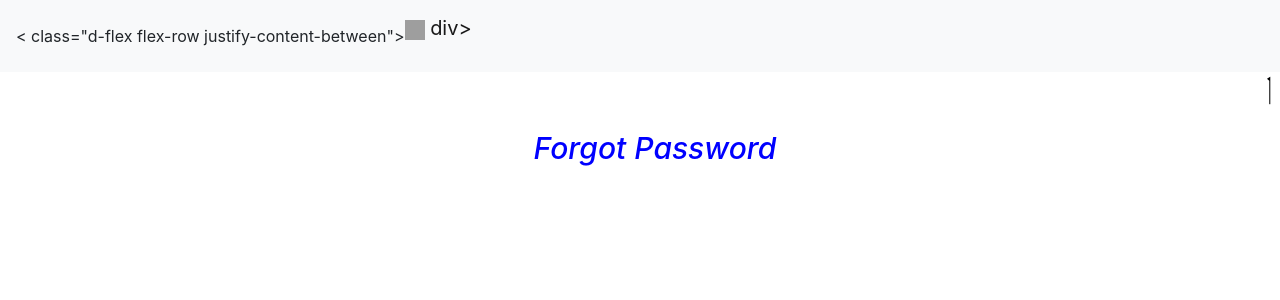
Repository: siri548/Karyakartha
Page: forgotPage.html
An editor plug-in stored every save of this project. The page is shown before and after a run of saves, followed by the edit.
The browser window is 1280 px wide. The pictures show the whole page.
Pictures or frames that could not be fetched are drawn as grey boxes.

Above is the page before, as saved 2023-11-04 15:47:22.
Console error (its wording comes from the project's code and is left out).

### forgotPage.html
<!DOCTYPE html>
<html lang="en">

<head>
    <meta charset="UTF-8">
    <meta name="viewport" content="width=device-width, initial-scale=1.0">
    <link rel="stylesheet" href="https://cdn.jsdelivr.net/npm/bootstrap@4.6.2/dist/css/bootstrap.min.css" integrity="sha384-xOolHFLEh07PJGoPkLv1IbcEPTNtaed2xpHsD9ESMhqIYd0nLMwNLD69Npy4HI+N" crossorigin="anonymous">
    <script src="https://cdn.jsdelivr.net/npm/bootstrap@4.6.2/dist/js/bootstrap.bundle.min.js" integrity="sha384-Fy6S3B9q64WdZWQUiU+q4/2Lc9npb8tCaSX9FK7E8HnRr0Jz8D6OP9dO5Vg3Q9ct" crossorigin="anonymous"></script>
    <script src="https://cdn.jsdelivr.net/npm/jquery@3.5.1/dist/jquery.slim.min.js" integrity="sha384-DfXdz2htPH0lsSSs5nCTpuj/zy4C+OGpamoFVy38MVBnE+IbbVYUew+OrCXaRkfj" crossorigin="anonymous"></script>
    <script src="https://cdn.jsdelivr.net/npm/popper.js@1.16.1/dist/umd/popper.min.js" integrity="sha384-9/reFTGAW83EW2RDu2S0VKaIzap3H66lZH81PoYlFhbGU+6BZp6G7niu735Sk7lN" crossorigin="anonymous"></script>
    <link rel="stylesheet" href="https://cdnjs.cloudflare.com/ajax/libs/font-awesome/6.4.0/css/all.min.css">


    <link rel="stylesheet" text="css/text" href="forgotPage.css">
</head>

<body>
    <div class="bg-forgotPage">
        <nav class="navbar navbar-expand-lg navbar-light bg-light">
            < class="d-flex flex-row justify-content-between">
                <div <a class=" navbar-brand " href="# ">
                    <i class="outer-icon bi bi-search "></i>
                    <img src="D:\icons\trend.png " class="inner-icon " />
                    </a>div>

                    <button class="navbar-toggler " type="button " data-toggle="collapse " data-target="#navbarNavAltMarkup " aria-controls="navbarNavAltMarkup " aria-expanded="false " aria-label="Toggle navigation ">
            <span class="navbar-toggler-icon "></span>
            </button>
                    <div class="collapse navbar-collapse " id="navbarNavAltMarkup ">
                        <div class="navbar-nav ml-auto ">
                            <a class="nav-link active " href="# ">
                                <span class="sr-only "></span>
                            </a>
                            <a class="nav-link " href="# "></a>
                            <a class="nav-link " href="# "></a>
                            <a class="nav-link " href="# "></a>
                        </div>
                    </div>
        </nav>
        <div class="text-center forgotPage-card ">
            <div class="text-right ">
                <i class="forgotPage-closeIcon fal fa-times "></i>
            </div>

            <h1 class="forgotHeading ">Forgot Password</h1>
        </div>
        </div>



</body>

</html>

### forgotPage.css
.bg-forgotpage {
    background-color: lightgrey;
}

.outer-icon {
    color: blue;
    width: 20px;
    height: 20px;
    background-size: cover;
}

.inner-icon {
    color: blue;
    font-size: 20px;
    width: 20px;
    height: 20px;
}

.forgotPage-card {
    background-color: white;
    border-color: blue;
    border-top: 0px;
    border-right-width: 2px;
    border-left-width: 1px;
    border-bottom-width: 1px;
}

.forgotPage-closeIcon {
    color: black;
    font-size: 25px;
    padding-right: 10px;
}

.forgotHeading {
    color: blue;
    font-size: 30px;
    padding-left: 30px;
    padding-top: 20px;
    font-style: italic;
}

After the next 4 saves:
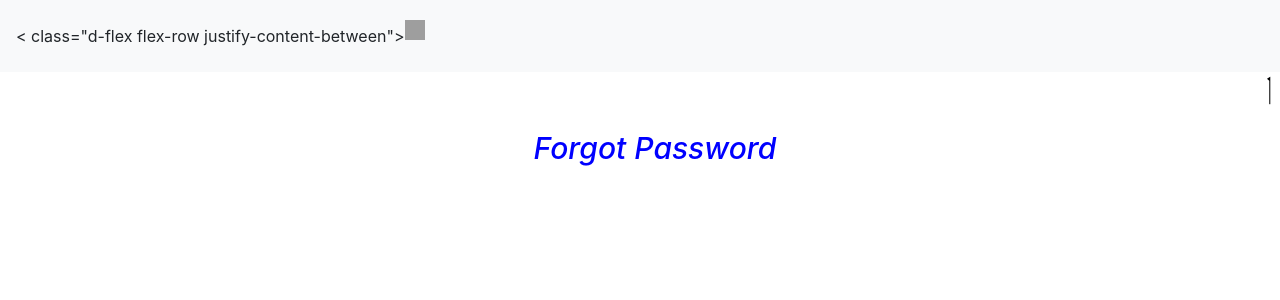
The 4 saves are shown as one change because they came seconds apart.
The last was saved 13 s later.
--- a/forgotPage.html
+++ b/forgotPage.html
@@ -18,10 +18,10 @@
     <div class="bg-forgotPage">
         <nav class="navbar navbar-expand-lg navbar-light bg-light">
             < class="d-flex flex-row justify-content-between">
-                <div <a class=" navbar-brand " href="# ">
+                <div < a class=" navbar-brand " href="# ">
                     <i class="outer-icon bi bi-search "></i>
                     <img src="D:\icons\trend.png " class="inner-icon " />
-                    </a>div>
+
 
                     <button class="navbar-toggler " type="button " data-toggle="collapse " data-target="#navbarNavAltMarkup " aria-controls="navbarNavAltMarkup " aria-expanded="false " aria-label="Toggle navigation ">
             <span class="navbar-toggler-icon "></span>
